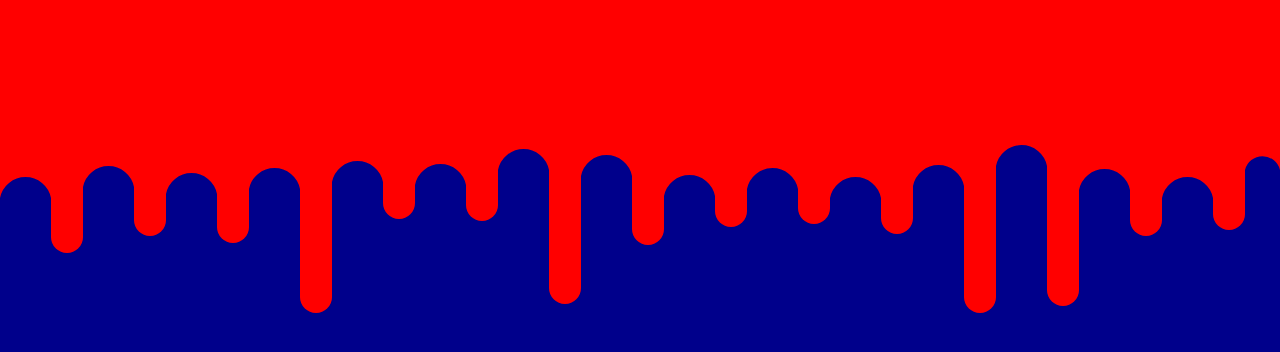
Repository: l-ollie/drip
Page: index.html
An editor plug-in stored every save of this project. The page is shown before and after the next save, followed by the edit.
The browser window is 1280 px wide. The pictures show the whole page.

Above is the page before, as saved 2022-06-30 18:35:01.

After the next save:
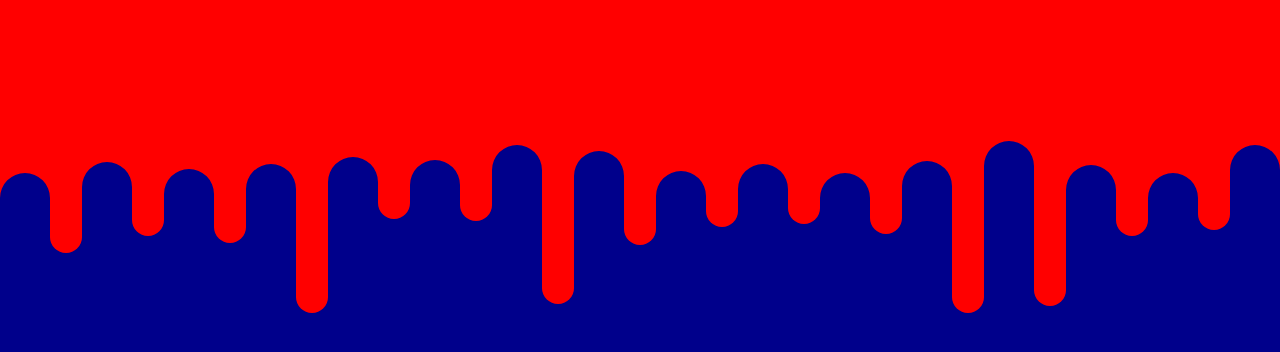
Saved 38 s later.
--- a/drip.js
+++ b/drip.js
@@ -32,13 +32,13 @@ function makeSVG() {
 		if (i % 2 !== 0) {
 			isLow = true;
 			arc = dripLow;
-			width = Math.ceil(width * 0.75);
+			width = Math.round(width * 0.75);
 			if (random > 40) random *= 2;
 			height = Math.ceil(height + random);
 		} else {
 			isLow = false;
 			arc = dripHigh;
-			width = Math.ceil(width * 1.2);
+			width = Math.round(width * 1.2);
 			height = Math.ceil(height - random);
 		}
 		if (i === amount - 1) {
